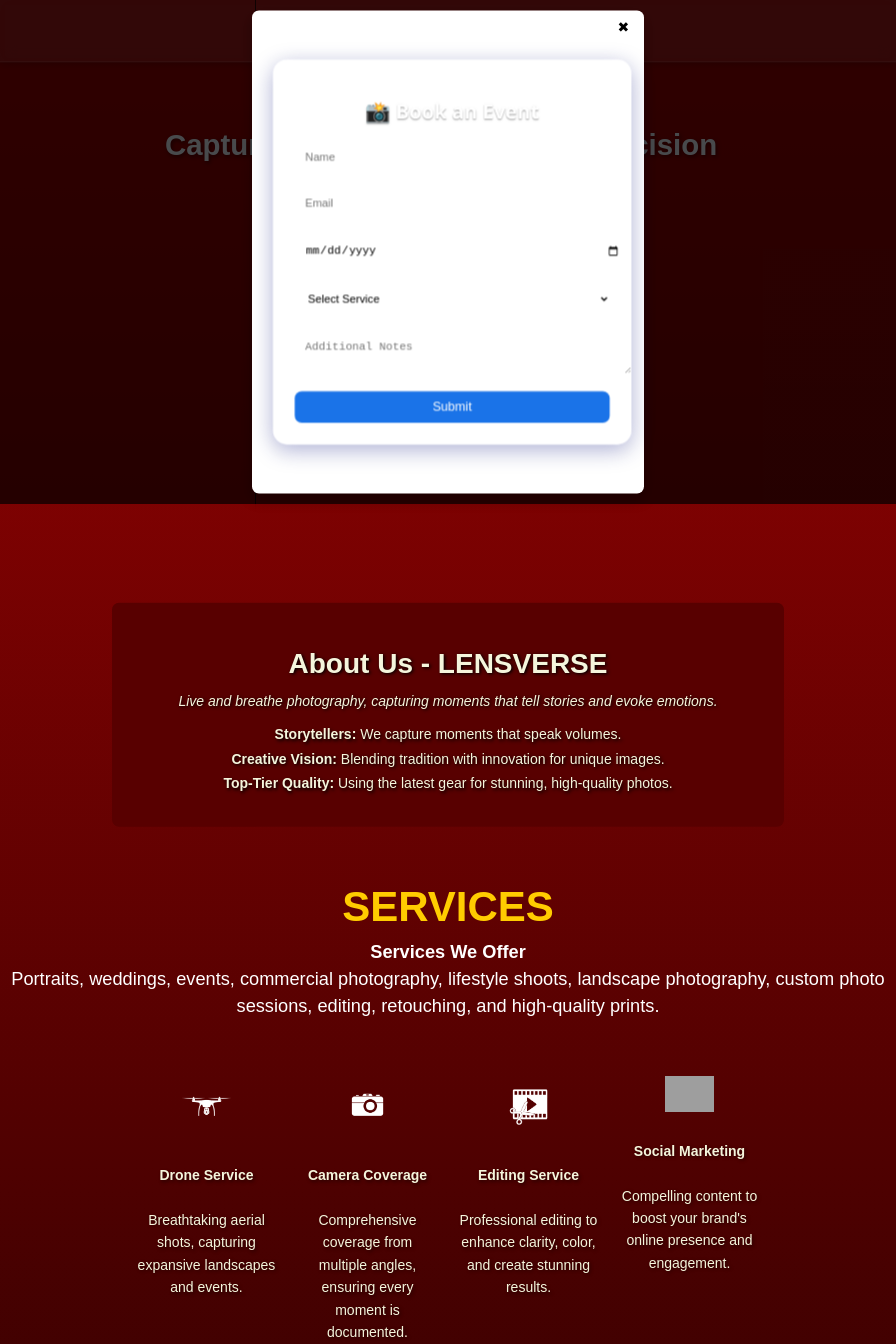
Repository: adithyakiran47/lensverse-frontend
Page: / (app in frontend/), after clicking the first element matching `button`
An editor plug-in stored every save of this project. The page is shown before and after the next save, followed by the edit.
The browser window is 1280 px wide. The pictures show the part of the page from y = 0 to 1920 px (the page is 3283 px tall), at 70% of full size.
Pictures or frames that could not be fetched are drawn as grey boxes. The project was rebuilt for these pictures with package versions that can differ from the ones it lists, and the page was loaded fresh each time.

Above is the page before, as saved 2025-06-20 16:49:59.

### frontend/public/index.html
<!DOCTYPE html>
<html lang="en">
  <head>
    <meta charset="utf-8" />
    <link rel="icon" href="%PUBLIC_URL%/favicon.ico" />
    <meta name="viewport" content="width=device-width, initial-scale=1" />
    <meta name="theme-color" content="#000000" />
    <meta
      name="description"
      content="Web site created using create-react-app"
    />
    <link rel="apple-touch-icon" href="%PUBLIC_URL%/logo192.png" />
    <!--
      manifest.json provides metadata used when your web app is installed on a
      user's mobile device or desktop. See https://developers.google.com/web/fundamentals/web-app-manifest/
    -->
    <link rel="manifest" href="%PUBLIC_URL%/manifest.json" />
    <!--
      Notice the use of %PUBLIC_URL% in the tags above.
      It will be replaced with the URL of the `public` folder during the build.
      Only files inside the `public` folder can be referenced from the HTML.

      Unlike "/favicon.ico" or "favicon.ico", "%PUBLIC_URL%/favicon.ico" will
      work correctly both with client-side routing and a non-root public URL.
      Learn how to configure a non-root public URL by running `npm run build`.
    -->
    <title>React App</title>
  </head>
  <body>
    <noscript>You need to enable JavaScript to run this app.</noscript>
    <div id="root"></div>
    <!--
      This HTML file is a template.
      If you open it directly in the browser, you will see an empty page.

      You can add webfonts, meta tags, or analytics to this file.
      The build step will place the bundled scripts into the <body> tag.

      To begin the development, run `npm start` or `yarn start`.
      To create a production bundle, use `npm run build` or `yarn build`.
    -->
      <footer class="footer">
  <div class="footer-content">
    <p>© 2025 <strong>Lensverse</strong>. All rights reserved.</p>
    <p>Made with ❤️ by the Lensverse Team</p>
  </div>
</footer>

  </body>
</html>

### frontend/src/App.js
import React, { useState } from 'react';
import './App.css';

import Header from './components/Header';
import Banner from './components/Banner';
import About from './components/About';
import Services from './components/Services';
import Team from './components/Team';
import Contact from './components/Contact';
import BookingForm from './components/BookingForm';


function App() {
  const [showForm, setShowForm] = useState(false);

  return (
    <>
      <Header />
      <Banner onBookClick={() => setShowForm(true)} />
      <About />
      <Services />
      <Team />
      <Contact />

      {showForm && (
        <div className="popup-backdrop">
          <div className="popup-form">
            <button className="close-btn" onClick={() => setShowForm(false)}>✖</button>
            <BookingForm onSuccess={() => setShowForm(false)} />
          </div>
        </div>
      )}
    </>
  );
}

export default App;

### frontend/src/App.css
.App {
  text-align: center;
}

.App-logo {
  height: 40vmin;
  pointer-events: none;
}

@media (prefers-reduced-motion: no-preference) {
  .App-logo {
    animation: App-logo-spin infinite 20s linear;
  }
}

.App-header {
  background-color: #282c34;
  min-height: 100vh;
  display: flex;
  flex-direction: column;
  align-items: center;
  justify-content: center;
  font-size: calc(10px + 2vmin);
  color: white;
}

.App-link {
  color: #61dafb;
}

@keyframes App-logo-spin {
  from {
    transform: rotate(0deg);
  }
  to {
    transform: rotate(360deg);
  }
}
.popup-backdrop {
  position: fixed;
  top: 0;
  left: 0;
  height: 100%;
  width: 100%;
  background: rgba(0, 0, 0, 0.7);
  display: flex;
  align-items: center;
  justify-content: center;
  z-index: 999;
}

.popup-form {
  background: white;
  padding: 30px;
  border-radius: 10px;
  width: 500px;
  position: relative;
  box-shadow: 0 8px 20px rgba(0, 0, 0, 0.3);
}

.close-btn {
  position: absolute;
  top: 10px;
  right: 15px;
  background: none;
  border: none;
  font-size: 20px;
  cursor: pointer;
}
.banner {
  display: flex;
  justify-content: space-between;
  align-items: center;
  padding: 40px;
  max-width: 1200px;
  margin: auto;
}

.banner h2 {
  font-size: 2rem;
  margin-bottom: 10px;
}

.banner p {
  font-size: 1.1rem;
  margin-bottom: 20px;
}

.banner button {
  padding: 10px 20px;
  background-color: #003f70;
  color: white;
  border: none;
  border-radius: 5px;
  cursor: pointer;
  font-size: 1rem;
}

.banner img {
  max-width: 150px;
  height: auto;
}

.banner-left {
  flex: 1;
  padding-right: 20px;
}

.banner-right {
  flex: 0 0 200px;
  display: flex;
  justify-content: center;
  align-items: center;
}
/* App.css */
body {
  margin: 0;
  padding: 0;
  background: linear-gradient(to bottom, #a00202, #000000);
  font-family: 'Segoe UI', Tahoma, Geneva, Verdana, sans-serif;
  color: white;
}

.footer {
  background: rgba(0, 0, 0, 0.6);
  padding: 30px 20px;
  text-align: center;
  color: #ddd;
  font-family: "Montserrat", sans-serif;
  font-size: 14px;
  /*border-top: 1px solid rgba(255, 255, 255, 0.1);*/
}

.footer-content p {
  margin: 6px 0;
  text-shadow: 1px 1px 4px rgba(0, 0, 0, 0.5);
}

.footer-content strong {
  color: #ff4c4c;
}

### frontend/src/components/Header.js
// src/components/Header.js
import React from 'react';
import './Header.css'; // We'll create this next

const Header = () => {
  return (
    <div id="header">
      <div className="container">
        <div className="head1">
          <h1>LENSVERSE</h1>
        </div>
      </div>
    </div>
  );
};

export default Header;

### frontend/src/components/Banner.js
import React from 'react';
import './Banner.css';

const Banner = ({ onBookClick }) => {
  return (
    <div id="banner">
      <div className="container">
        <div className="banner-wrapper">
          <div className="banner-left">
            <h2 className="cap">Capturing every moment with precision</h2>
            <p>Lensverse, your coverage team in action!</p>
            <div className="from">
              <button onClick={onBookClick}>BOOK</button>
            </div>
          </div>
          <div className="banner-right">
            <img src="channel logo new transparent.png" alt="Lensverse Banner" />
          </div>
        </div>
      </div>
    </div>
  );
};

export default Banner;

### frontend/src/components/About.js
import React from 'react';
import './About.css';

const About = () => {
  return (
    <div id="about">
      <div className="container">
        <div className="about-wrapper">
          <div className="about-content">
            <h2>About Us - LENSVERSE</h2>
            <p><em>Live and breathe photography, capturing moments that tell stories and evoke emotions.</em></p>
            <ul>
              <li><b>Storytellers:</b> We capture moments that speak volumes.</li>
              <li><b>Creative Vision:</b> Blending tradition with innovation for unique images.</li>
              <li><b>Top-Tier Quality:</b> Using the latest gear for stunning, high-quality photos.</li>
            </ul>
          </div>
        </div>
      </div>
    </div>
  );
};

export default About;

### frontend/src/components/Services.js
// src/components/Services.js
import React from 'react';
import './Services.css';

const Services = () => {
  return (
    <div id="services">
      <div className="container">
        <div className="service-title">
          <h3>SERVICES</h3>
          <p><b>Services We Offer</b><br />
            Portraits, weddings, events, commercial photography, lifestyle shoots, landscape photography, custom photo sessions, editing, retouching, and high-quality prints.
          </p>
        </div>

        <div className="service-details">
          <div className="service-detail">
            <img src="/drone.png" alt="Drone Service" />
            <p><b>Drone Service</b><br /><br />Breathtaking aerial shots, capturing expansive landscapes and events.</p>
          </div>

          <div className="service-detail">
            <img src="/camera.png" alt="Camera Coverage" />
            <p><b>Camera Coverage</b><br /><br />Comprehensive coverage from multiple angles, ensuring every moment is documented.</p>
          </div>

          <div className="service-detail">
            <img src="/editing.png" alt="Editing Service" />
            <p><b>Editing Service</b><br /><br />Professional editing to enhance clarity, color, and create stunning results.</p>
          </div>

          <div className="service-detail">
            <img src="/social.png" alt="Social Marketing" />
            <p><b>Social Marketing</b><br /><br />Compelling content to boost your brand's online presence and engagement.</p>
          </div>
        </div>
      </div>
    </div>
  );
};

export default Services;

### frontend/src/components/Team.js
// src/components/Team.js
import React from 'react';
import './Team.css';

const Team = () => {
  return (
    <div id="team">
      <div className="container">
        <div className="members">
          <h4>FOUNDERS</h4>
          <div className="member service-details">

            <div className="kiran">
              <img src="IMG_0384.JPG" alt="Adithya Kiran V" />
              <h5>ADITHYA KIRAN V</h5>
              <div className="social">
                <a href="https://www.instagram.com/adithya.x/" target="_blank" rel="noreferrer">
                  <img src="/instagramlogo.png" alt="Instagram" />
                </a>
                <a href="https://linkedin.com" target="_blank" rel="noreferrer">
                  <img src="linkedin.png" alt="LinkedIn" />
                </a>
              </div>
            </div>

            <div className="vl">
              <img src="IMG_0383.JPG" alt="Arun VL" />
              <h6>ARUN VL</h6>
              <div className="social">
                <a href="https://www.instagram.com/__arun_vl__/" target="_blank" rel="noreferrer">
                  <img src="/instagramlogo.png" alt="Instagram" />
                </a>
                <a href="https://linkedin.com" target="_blank" rel="noreferrer">
                  <img src="linkedin.png" alt="LinkedIn" />
                </a>
              </div>
            </div>

          </div>
        </div>
      </div>
    </div>
  );
};

export default Team;

### frontend/src/components/Contact.js
// src/components/Contact.js
import React from 'react';
import './Contact.css';

const Contact = () => {
  return (
    <div id="contact">
      <div className="container">
        <div className="contactdetails">
          <h4>CONTACT</h4>
          <div className="contact-details">

            <div className="instapng">
              <a href="https://www.instagram.com/__lensverse__/" target="_blank" rel="noreferrer">
                <img src="instagramlogo.png" alt="Instagram" />
              </a>
            </div>

            <div className="mailpng">
              <a href="mailto:lensversecontact@gmail.com">
                <img src="mail.png" alt="Email" />
              </a>
            </div>

          </div>
        </div>
      </div>
    </div>
  );
};

export default Contact;

### frontend/src/components/BookingForm.js
import React, { useState } from 'react';
import axios from 'axios';
import './BookingForm.css'; // 👈 make sure this file exists and has styles below

const BookingForm = ({ onSuccess }) => {
  const [form, setForm] = useState({
    name: '',
    email: '',
    eventDate: '',
    service: '',
    notes: '',
  });

  const handleChange = (e) => {
    setForm({ ...form, [e.target.name]: e.target.value });
  };

  const handleSubmit = async (e) => {
    e.preventDefault();
    console.log("📤 Submitting form:", form);
    try {
      const res = await axios.post('http://localhost:5000/api/bookings', form);
      console.log("✅ Booking response:", res.data);
      alert('Booking Confirmed!');
      if (onSuccess) onSuccess();
    } catch (err) {
      console.error("❌ Booking error:", err);
      alert('Booking failed');
    }
  };

  return (
    <form className="glass-form" onSubmit={handleSubmit}>
      <h2>📸 Book an Event</h2>

      <div className="form-group">
        <input name="name" placeholder="Name" onChange={handleChange} required />
      </div>

      <div className="form-group">
        <input name="email" placeholder="Email" onChange={handleChange} required />
      </div>

      <div className="form-group">
        <input name="eventDate" type="date" onChange={handleChange} required />
      </div>

      <div className="form-group">
        <select name="service" onChange={handleChange} required>
          <option value="">Select Service</option>
          <option value="Drone">Drone</option>
          <option value="Camera">Camera</option>
          <option value="Editing">Editing</option>
          <option value="Marketing">Marketing</option>
        </select>
      </div>

      <div className="form-group">
        <textarea name="notes" placeholder="Additional Notes" onChange={handleChange}></textarea>
      </div>

      <button type="submit">Submit</button>
    </form>
  );
};

export default BookingForm;

### frontend/src/components/Header.css
#header {
  background: rgba(255, 255, 255, 0.1); /* Light transparent white */
  backdrop-filter: blur(10px); /* Creates the frosted glass blur */
  -webkit-backdrop-filter: blur(10px); /* For Safari */
  padding: 15px 0;
  text-shadow: 2px 2px 5px rgba(0, 0, 0, 0.485);
  border-bottom: 1px solid rgba(255, 255, 255, 0.2); /* Optional border */
  box-shadow: 0 4px 10px rgba(0, 0, 0, 0.2); /* Optional soft shadow */
}

.head1 h1 {
  font-family: "Bebas Neue", sans-serif;
  font-size: 50px;
  color: white;
  transition: color 0.3s ease;
  text-align: center;
  margin: 0;
}

### frontend/src/components/Banner.css
#banner {
 /* background: linear-gradient(to bottom, #ff0000, #000000); /* Optional gradient */
  color: aliceblue;
  padding: 60px 20px;
  text-align: center; /* Center all content */
}

.banner-wrapper {
  display: flex;
  flex-direction: column; /* Stack content vertically */
  align-items: center;
  gap: 30px;
}

.banner-left .cap {
  font-size: 42px; /* Increased font size */
  font-weight: 600;
  margin-bottom: 20px;
  font-family: "Bebas Neue", sans-serif;
  text-shadow: 2px 2px 6px rgba(0, 0, 0, 0.5);
}

.banner-left p {
  font-size: 20px;
  margin-bottom: 30px;
  color: #ddd;
}

.from button {
  background-color: rgb(0, 55, 94);
  color: white;
  font-size: 18px;
  padding: 14px 28px;
  border: none;
  border-radius: 8px;
  cursor: pointer;
  transition: background-color 0.3s ease, transform 0.2s ease;
}

.from button:hover {
  background-color: rgb(0, 75, 120);
  transform: scale(1.05);
}

/* Banner image */
.banner-right img {
  max-width: 500px;
  height: auto;
  filter: drop-shadow(0 0 6px rgba(0, 0, 0, 0.3));
}

### frontend/src/components/About.css
#about {
  padding: 60px 20px;
  text-align: center;
}

.about-wrapper {
  max-width: 900px;
  margin: 0 auto;
  padding: 30px;
  background-color: rgb(88, 0, 0);
  border-radius: 10px;
  color: beige;
  text-shadow: 2px 2px 5px rgb(0, 0, 0);
  /*transition: background-color 0.3s ease, border 0.3s ease;*/
}


.about-content h2 {
  font-size: 40px;
  font-family: "Montserrat", sans-serif;
  margin-bottom: 20px;
}

.about-content p {
  font-size: 20px;
  font-family: "Montserrat", sans-serif;
  margin-bottom: 25px;
}

.about-content ul {
  list-style: none;
  padding-left: 0;
  font-size: 20px;
  font-family: "Montserrat", sans-serif;
}

.about-content li {
  margin-bottom: 12px;
}

### frontend/src/components/Services.css
/* Title Section */
.service-title {
  text-align: center;
  font-family: "Teko", sans-serif;
  margin-bottom: 40px;
}

.service-title h3 {
  font-size: 60px;
  color: rgb(255, 204, 0);
  margin: 20px 0 0 0;
}

.service-title p {
  color: #ffffff;
  font-size: 26px;
  margin-top: 10px;
  line-height: 1.5;
}

/* Services Container */
.service-details {
  display: flex;
  flex-wrap: wrap;
  justify-content: center;
  gap: 30px;
  padding: 40px 20px;
  /*background-color: rgba(205, 42, 45, 0.819);*/
  color: beige;
  font-family: "Montserrat", sans-serif;
  /*border-radius: 10px;
  border: 1px solid rgba(0, 0, 0, 0.397);*/
  text-shadow: 2px 2px 5px rgba(0, 0, 0, 0.485);
  transition: background-color 0.3s ease, border 0.3s ease;
}

/* Hover Effect */
/*.service-details:hover {
  background-color: rgba(253, 242, 241, 0.25);
  border: 1px solid rgba(0, 0, 0, 0.7);
  color: black;
}*/

/* Individual Card */
.service-detail {
  flex-basis: 200px;
  text-align: center;
  max-width: 250px;

}

.service-detail img {
  width: 70px;
  margin-bottom: 15px;
}

.service-detail p {
  font-size: 20px;
  line-height: 1.6;
}

### frontend/src/components/Team.css
#team {
  display: flex;
  justify-content: center;
  padding: 60px 20px;
  background-color: transparent;
  color: white;
  text-align: center;
}

.members h4 {
  font-family: "Teko", sans-serif;
  font-size: 60px;
  color: rgb(201, 161, 0);
  margin-bottom: 40px;
}

.member {
  display: flex;
  flex-wrap: wrap;
  justify-content: center;
  gap: 60px;
}

/* Each profile block */
.kiran, .vl {
  max-width: 280px;
}

.kiran img,
.vl img {
  width: 250px;
  height: 350px; /* Recommended size */
  object-fit: cover;
  border-radius: 12px;
  border: 1px solid rgba(255, 255, 255, 0.3);
  box-shadow: 0 4px 15px rgba(0, 0, 0, 0.4);
  filter: grayscale(100%);
  transition: filter 0.4s ease, transform 0.3s ease;
}

.kiran img:hover,
.vl img:hover {
  filter: grayscale(0%);
  transform: scale(1.03);
}

h5, h6 {
  font-size: 20px;
  margin: 15px 0 10px 0;
  font-family: "Montserrat", sans-serif;
  color: white;
}

.social {
  display: flex;
  justify-content: center;
  gap: 15px;
  margin-top: 10px;
}

.social img {
  width: 36px;
  height: 36px;
  border-radius: 50%;
  transition: transform 0.3s ease;
}

.social img:hover {
  transform: scale(1.2);
}

### frontend/src/components/Contact.css
.contactdetails {
  text-align: center;
  font-size: 60px;
  font-family: "Teko", sans-serif;
  color: rgb(201, 161, 0);
  margin-top: 40px;
}

.contact-details {
  display: flex;
  justify-content: center;
  gap: 30px;
  padding: 30px;
  margin-top: 20px;
  /*background-color: rgba(0, 0, 0, 0.819);*/
  border-radius: 10px;
  border: 1px solid rgba(0, 0, 0, 0.397);
  transition: background-color 0.3s ease, border 0.3s ease;
}

/*.contact-details:hover {
  background-color: rgba(253, 242, 241, 0.377);
  border: 1px solid rgba(0, 0, 0, 0.7);
}*/

.contact-details img {
  height: 50px;
  width: 50px;
  border-radius: 5px;
  transition: transform 0.2s ease;
}

.contact-details img:hover {
  transform: scale(1.1);
}

### frontend/src/components/BookingForm.css
.glass-form {
  backdrop-filter: blur(15px);
  background: rgba(255, 255, 255, 0.2);
  border: 1px solid rgba(255, 255, 255, 0.3);
  padding: 30px;
  border-radius: 20px;
  box-shadow: 0 8px 32px rgba(31, 38, 135, 0.37);
  width: 90%;
  max-width: 500px;
  margin: 40px auto;
  color: #fff;
  text-shadow: 0 1px 2px rgba(0, 0, 0, 0.4);
}

.glass-form h2 {
  text-align: center;
  margin-bottom: 20px;
  font-weight: 600;
  font-size: 1.8rem;
  color: #ffffff;
}

.form-group {
  margin-bottom: 20px;
}

.glass-form input,
.glass-form select,
.glass-form textarea {
  width: 100%;
  padding: 12px 15px;
  border-radius: 10px;
  border: none;
  font-size: 16px;
  margin-top: 5px;
  background-color: rgba(255, 255, 255, 0.8);
  color: #000;
}

.glass-form textarea {
  resize: vertical;
}

.glass-form button {
  width: 100%;
  padding: 12px;
  background-color: #1a73e8;
  color: white;
  font-size: 18px;
  border: none;
  border-radius: 10px;
  cursor: pointer;
  transition: 0.3s ease;
}

.glass-form button:hover {
  background-color: #155ab6;
}

Loaded but not shown: frontend/src/index.js (common file); frontend/src/index.css (common file); frontend/src/reportWebVitals.js (common file)

After the next save:
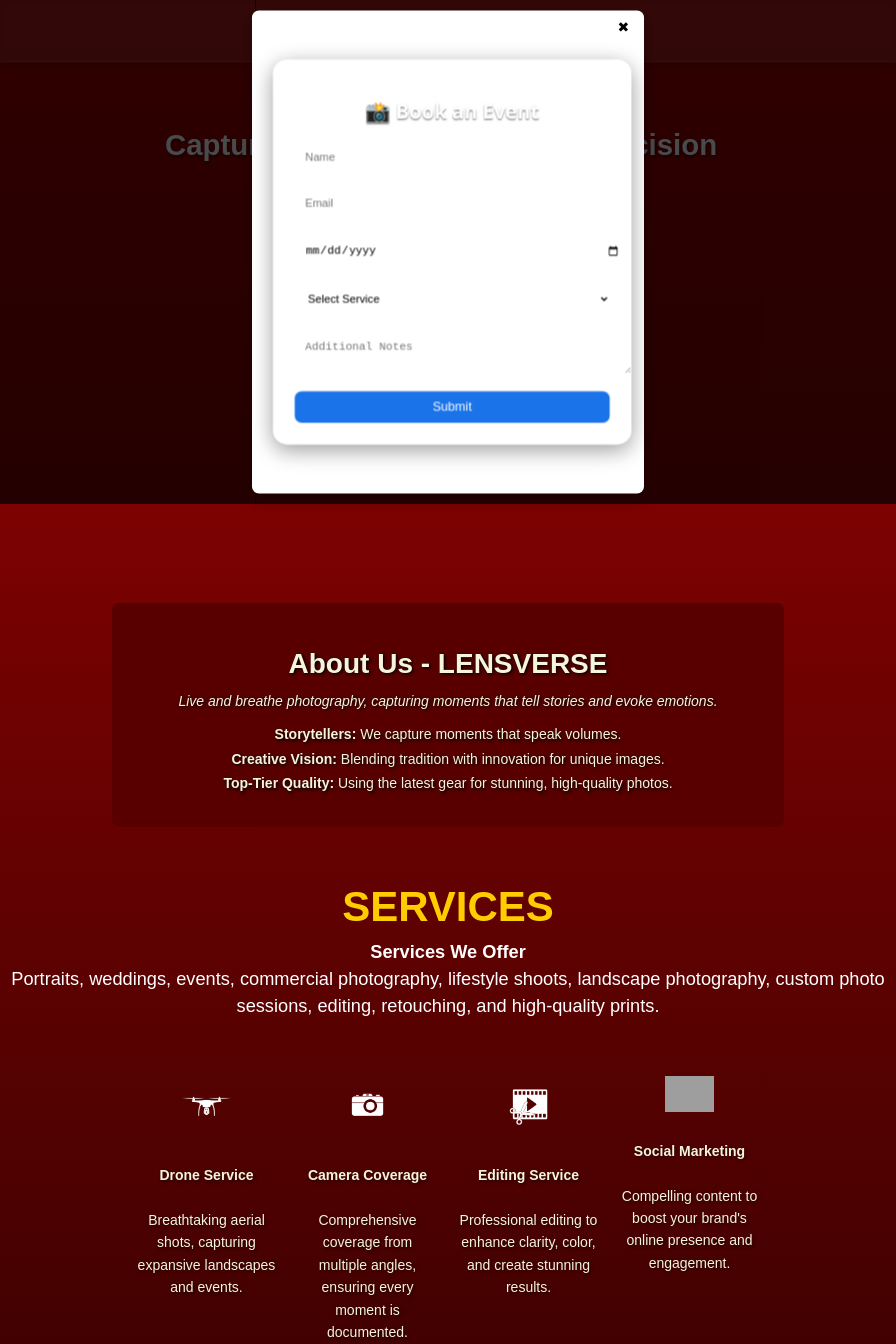
Saved 2 min 12 s later.
--- a/frontend/src/components/BookingForm.css
+++ b/frontend/src/components/BookingForm.css
@@ -1,21 +1,21 @@
 .glass-form {
   backdrop-filter: blur(15px);
-  background: rgba(255, 255, 255, 0.2);
-  border: 1px solid rgba(255, 255, 255, 0.3);
+  background: rgba(255, 255, 255, 0.1); /* lower opacity for transparency */
+  border: 1px solid rgba(255, 255, 255, 0.25);
   padding: 30px;
   border-radius: 20px;
-  box-shadow: 0 8px 32px rgba(31, 38, 135, 0.37);
+  box-shadow: 0 8px 32px rgba(0, 0, 0, 0.4);
   width: 90%;
   max-width: 500px;
   margin: 40px auto;
-  color: #fff;
-  text-shadow: 0 1px 2px rgba(0, 0, 0, 0.4);
+  color: #ffffff;
+  text-shadow: 0 1px 2px rgba(0, 0, 0, 0.6);
+  transition: background 0.3s ease;
 }
 
 .glass-form h2 {
   text-align: center;
   margin-bottom: 20px;
-  font-weight: 600;
   font-size: 1.8rem;
   color: #ffffff;
 }
@@ -33,7 +33,7 @@
   border: none;
   font-size: 16px;
   margin-top: 5px;
-  background-color: rgba(255, 255, 255, 0.8);
+  background-color: rgba(255, 255, 255, 0.6);
   color: #000;
 }
 
@@ -50,7 +50,7 @@
   border: none;
   border-radius: 10px;
   cursor: pointer;
-  transition: 0.3s ease;
+  transition: background-color 0.3s ease;
 }
 
 .glass-form button:hover {
